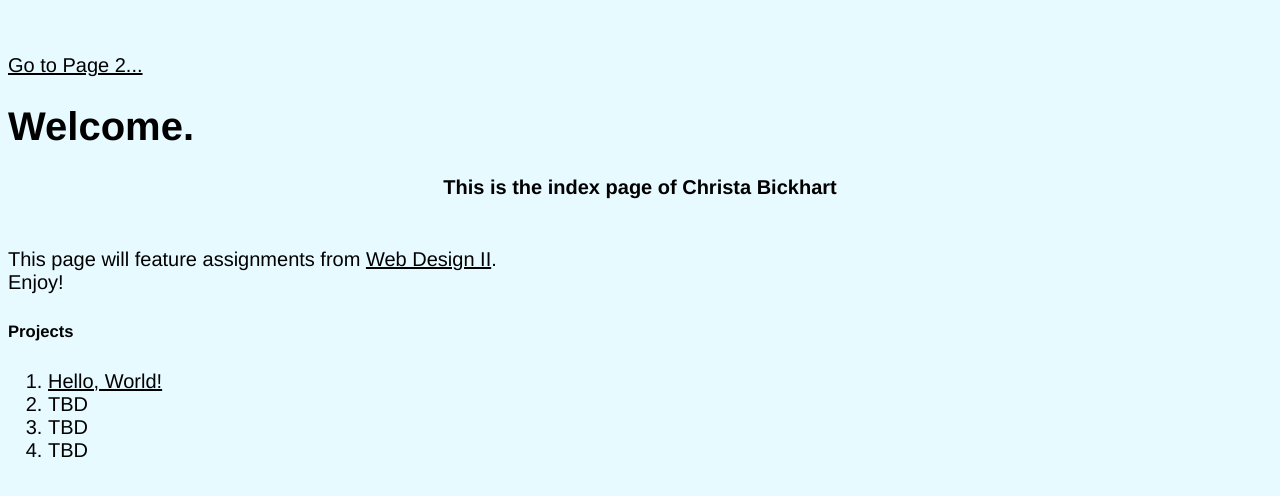
Repository: cbickhar/cbickhar.github.io
Page: index.html
The author's editor kept a record of every edit. The page is drawn from the files as they stood at one moment, then again after the next edit.
The browser window is 1280 px wide. The pictures show the whole page.

Above is the page before.

### index.html
<html>
    <head>
        <title>Christa Bickhart - Index Page</title>
        <link href="css/styles.css" rel="stylesheet" type="text/css">
    </head>
    <body>
        <!--<img src="img/cat.jpg" width= 300 px>
        -->
        <br>
        <br>
        <a href="page2.html">Go to Page 2...</a>


        <h1>Welcome.</h1>
            <h4>This is the index page of Christa Bickhart</h4>
        <br>
            This page will feature assignments from <a href="http://www.web2.ga">Web Design II</a>.
        <br>
        Enjoy!
        <br>
        <h5>Projects</h5>

<ol type="1">
 <li> <a href="project_1.html">Hello, World!</a></li>
 <li>TBD</li>
 <li>TBD</li>
 <li>TBD</li>
</ol>

    </body>
</html>

### css/styles.css
body {
    background-color: #e7faff;
    font-size: 20px;
    font-family: helvetica, arial, sans-serif;
    color: black;

}

a {
    color: black;
    text-decoration: underline;
}

h4{

    text-align: center;
}

h2{
    text-align: center;
}

a:hover {
    color:#f57955;
}

After the next edit:
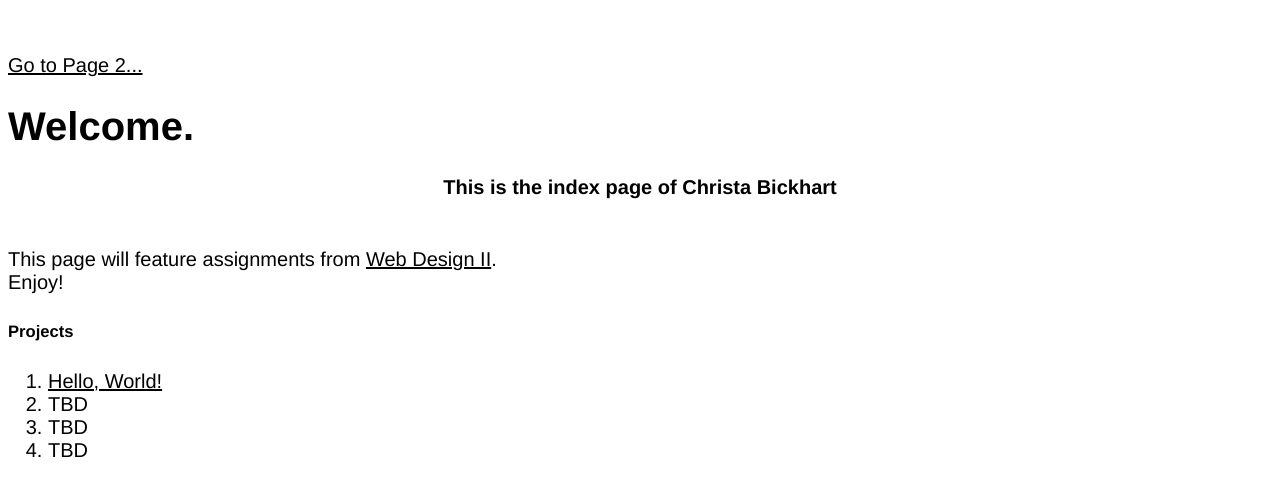
The edit:
--- a/css/styles.css
+++ b/css/styles.css
@@ -1,5 +1,5 @@
 body {
-    background-color: #e7faff;
+    background-color: #fff;
     font-size: 20px;
     font-family: helvetica, arial, sans-serif;
     color: black;
